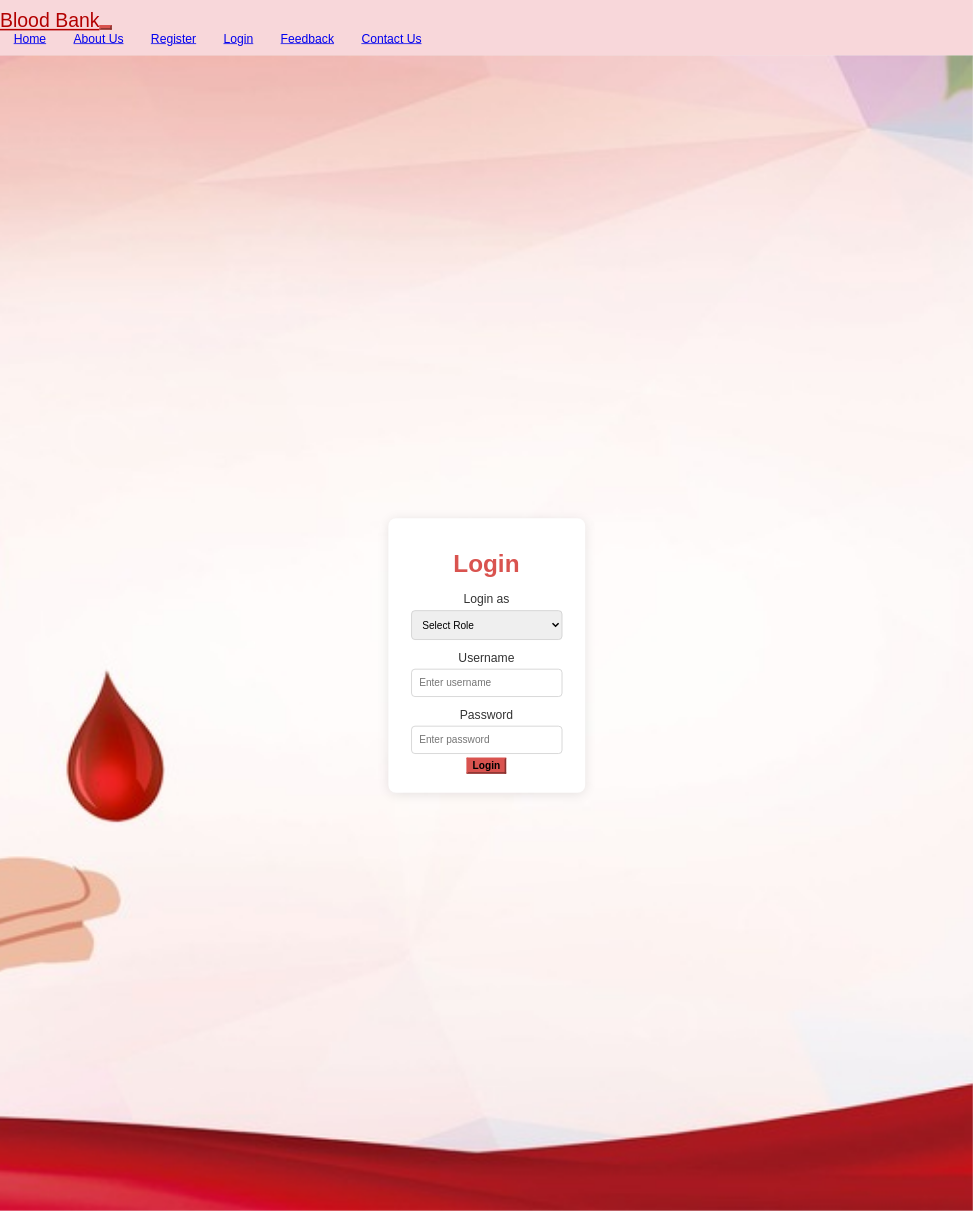
Repository: krismehta02/MINI-PROJECT-MAY
Page: /login (app in blood-donation-frontend/)
The author's editor kept a copy of each file at every save. The page is drawn from the files as they stood at one save, then again after the next save.
The browser window is 1280 px wide. The pictures show the whole page, at 76% of full size.
The project was rebuilt for these pictures with package versions that can differ from the ones it lists, and the page was loaded fresh each time. Also part of the build but not shown: blood-donation-frontend/vite.config.js, blood-donation-frontend/src/pages/Home.jsx, blood-donation-frontend/src/pages/AboutUs.jsx, blood-donation-frontend/src/pages/Register.jsx, blood-donation-frontend/src/pages/Feedback.jsx, blood-donation-frontend/src/pages/ContactUs.jsx, blood-donation-frontend/src/pages/PatientDashboard.jsx, blood-donation-frontend/src/pages/DonorDashboard.jsx.

Above is the page before, as saved 2025-05-12 08:46:07.

After the next save:
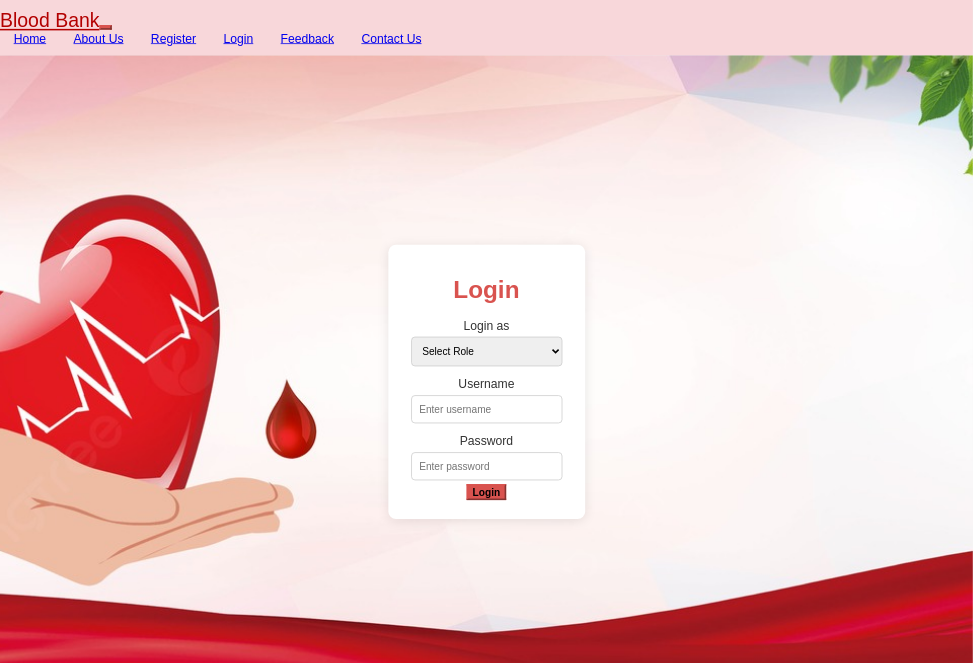
Saved 9 s later.
--- a/blood-donation-frontend/src/pages/Login.jsx
+++ b/blood-donation-frontend/src/pages/Login.jsx
@@ -68,7 +68,7 @@ function Login() {
         backgroundSize: 'cover',
         backgroundPosition: 'center',
         backgroundRepeat: 'no-repeat',
-        minHeight: '200vh',
+        minHeight: '100vh',
         display: 'flex',
         alignItems: 'center',
         justifyContent: 'center',
